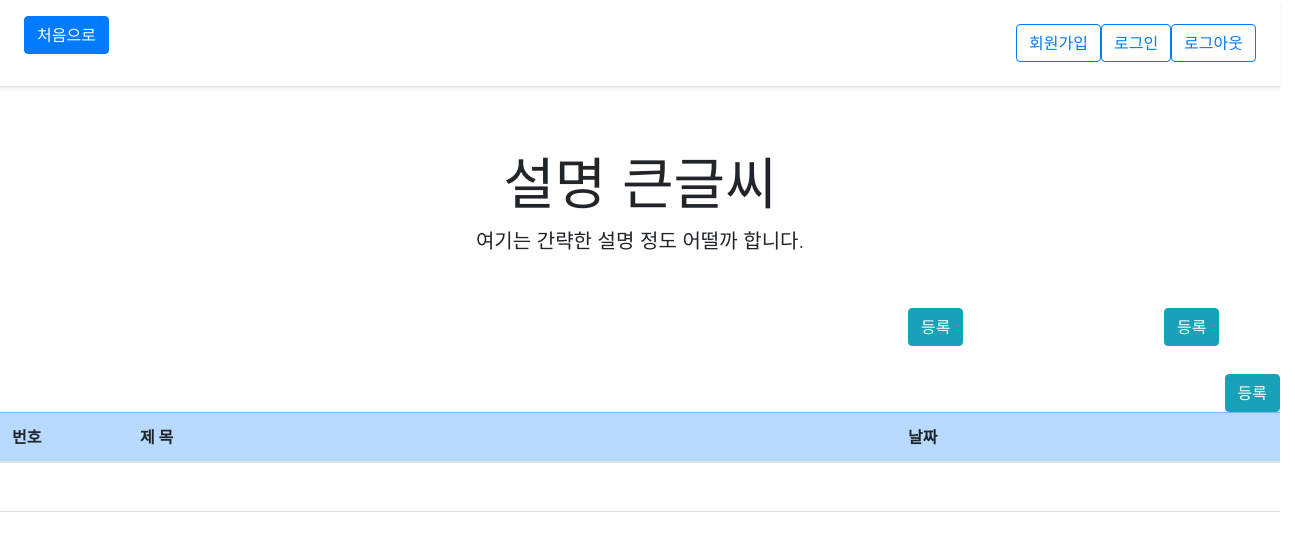
Repository: SettingRhino/innogleantmanager
Page: http://localhost/antmanager/WEB-INF/views/diary.jsp
The author's editor kept a copy of each file at every save. The page is drawn from the files as they stood at one save, then again after the next save.
The browser window is 1280 px wide. The page is 1295 px wide, so the pictures cover 1295 px, including what lies to the right of the window. The pictures show the whole page.
The page is served by Tomcat 9. Nobody is signed in. The template is opened directly, without the code that normally fills it, so the values that code supplies are empty.

Above is the page before, as saved 2020-06-09 02:33:19.

After the next save:
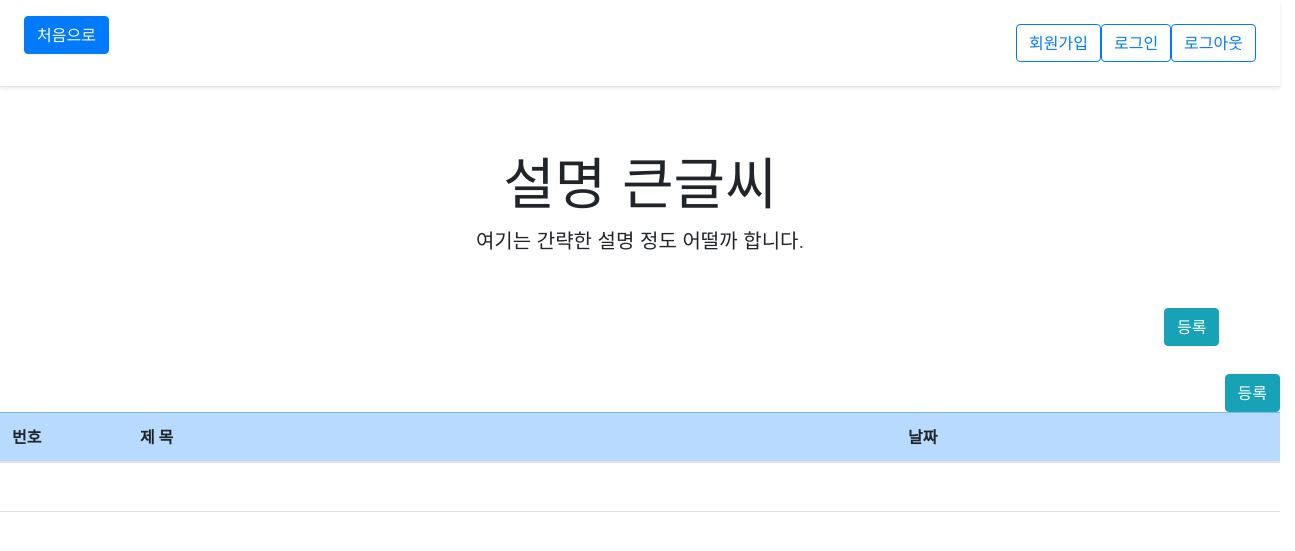
Saved 11 s later.
--- a/antmanager/src/main/webapp/WEB-INF/views/diary.jsp
+++ b/antmanager/src/main/webapp/WEB-INF/views/diary.jsp
@@ -68,7 +68,7 @@
       <tr>
 				<th style="width: 10%"></th>
 				<th style="width: 60%"></th>
-				<th style="width: 20%"><a href="<c:url value="/diary/edit"/>" class="btn btn-info" role="button">등록</a></th>
+				<th style="width: 20%"></th>
 				<th style="width: 10%"><a href="<c:url value="/diary/edit"/>" class="btn btn-info" role="button">등록</a></th>
 			</tr>
     </thead>
